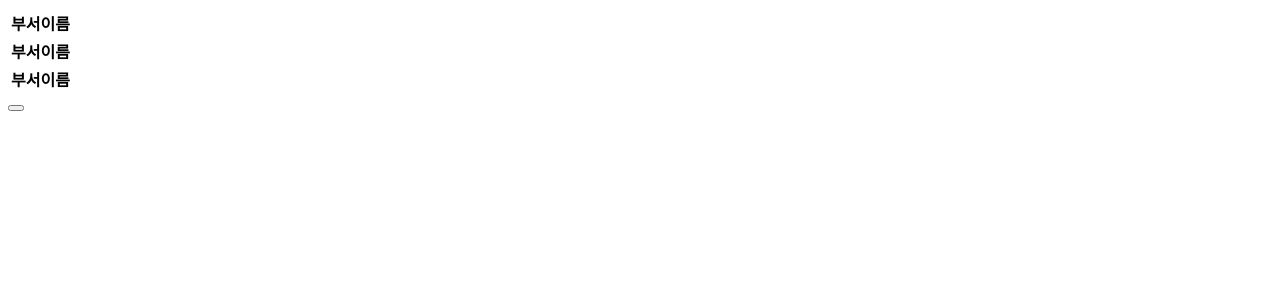
Repository: matodale/Study_SpringBoot
Page: http://localhost/testProject01/dept/deptWrite.jsp
These files come from the project's save history. The page is drawn as it stood at one moment and after the next save; the edit follows.
The browser window is 1280 px wide. The pictures show the whole page.
The page is served by Tomcat 9. Nobody is signed in. The application's start-up code is not run.

Above is the page before, as saved 2023-01-05 04:22:50.

After the next save:
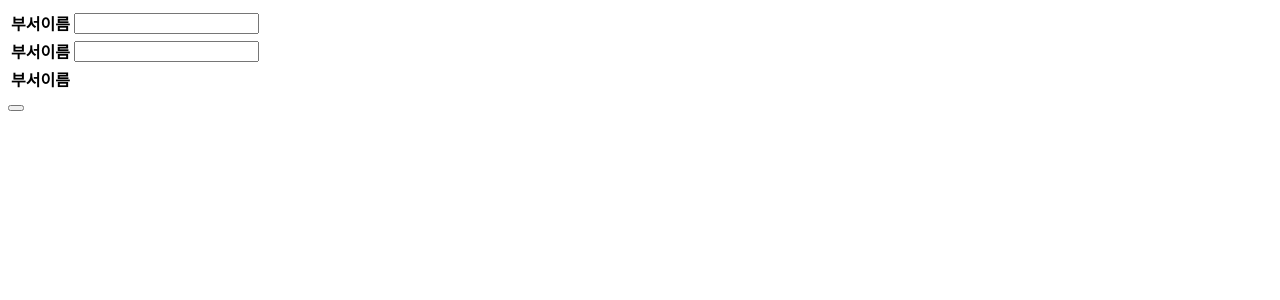
Saved 47 s later.
--- a/testProject01/src/main/webapp/dept/deptWrite.jsp
+++ b/testProject01/src/main/webapp/dept/deptWrite.jsp
@@ -12,11 +12,11 @@
 		<table>
 			<tr>
 				<th>부서이름</th>
-				<td></td>
+				<td><input type="text" name="deptno"></td>
 			</tr>
 			<tr>
 				<th>부서이름</th>
-				<td></td>
+				<td><input type="text" name="dname"></td>
 			</tr>
 			<tr>
 				<th>부서이름</th>
